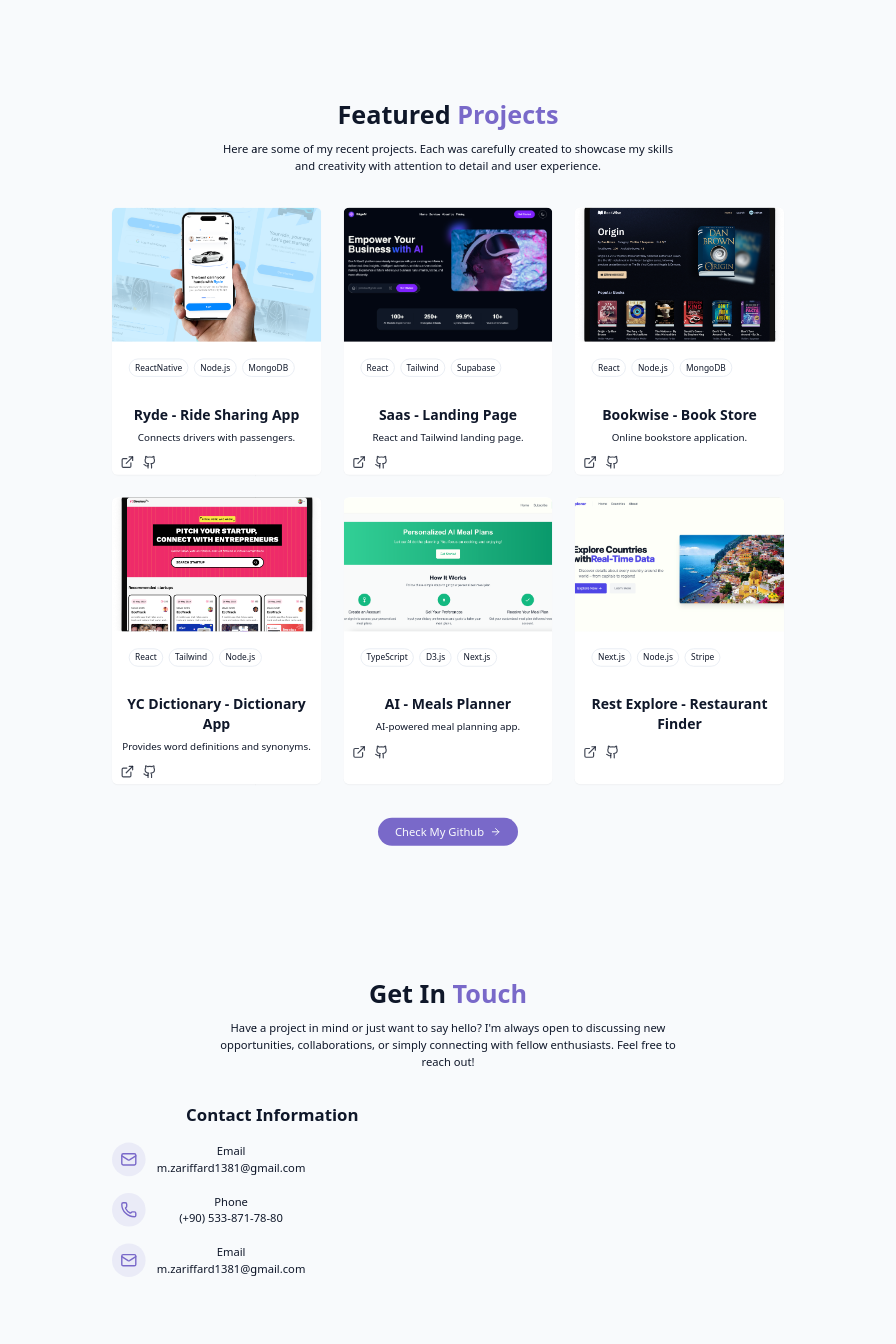
Repository: mOzariffard/Portfolio
Page: /
An editor plug-in stored every save of this project. The page is shown before and after the next save, followed by the edit.
The browser window is 1280 px wide. The pictures show the part of the page from y = 3936 to 5856 px (the page is 5856 px tall before and 5784 px after), at 70% of full size.
The project was rebuilt for these pictures with package versions that can differ from the ones it lists, and the page was loaded fresh each time. Also part of the build but not shown: vite.config.js, src/pages/NotFound.jsx.

Above is the page before, as saved 2025-07-01 12:29:14.

### src/App.jsx
import  Home from "./pages/Home"
import { BrowserRouter, Route, Routes } from "react-router-dom"
import NotFound from "./pages/NotFound"


function App() {

  return (
    <>
    <BrowserRouter>
    <Routes>
      <Route index element={<Home />} />
      <Route path="*" element={<NotFound />} />
    </Routes>
    </BrowserRouter>
    </>
  )
}

export default App

### src/pages/Home.jsx
import React from 'react'
import ThemeToggle from '@/components/ThemeToggle'
import StartBackground from '@/components/StartBackground'
import Navbar from '@/components/Navbar'
import HeroSection from '@/components/HeroSection'
import AboutSection from '@/components/AboutSection'
import SkillsSection from '@/components/SkillsSection'
import ProjectSection from '@/components/ProjectSection'
import CertificateSection from '../components/CertificateSection'
import ContactSection from '../components/ContactSection'

const Home = () => {
  return (
    <div className='min-h-screen bg-background text-foreground overflow-x-hidden'>
        {/*----------------Theme Toggle----------------*/}
        <ThemeToggle />
        {/*----------------Background Effects----------------*/}
        <StartBackground/>
        {/*----------------Nav Bar----------------*/}
        <Navbar/>
        {/*----------------Main Content----------------*/}
        <main>
        <HeroSection />
        <AboutSection />
        <SkillsSection />
        <CertificateSection />
        <ProjectSection />
        <ContactSection />
        </main>
        {/*----------------Footer----------------*/}


    </div>
  )
}

export default Home

### src/components/ThemeToggle.jsx
import React, { useEffect, useState } from 'react'
import { Sun, Moon } from 'lucide-react'
import { cn } from '@/lib/utils';
const ThemeToggle = () => {
    const [isDarkMode, setIsDarkMode]= useState(false);

    useEffect(()=>{
        const storedTheme= localStorage.getItem('theme');
        if(storedTheme=== 'dark'){
            setIsDarkMode(true);
            document.documentElement.classList.add('dark');
        }else{
            localStorage.setItem('theme', 'light');
            setIsDarkMode(false);
        }
    },[])
    const toggleTheme=()=>{
        if(isDarkMode){
            document.documentElement.classList.remove('dark');
            localStorage.setItem('theme', 'light');
            setIsDarkMode(false);
        }else{
            document.documentElement.classList.add('dark');
            localStorage.setItem('theme', 'dark');
            setIsDarkMode(true);
        }
    }
  return (
    <button onClick={toggleTheme} className={cn(
        "fixed max-sm:hidden top-5 right-5 z-50 p-2 rounded-full transition-colors duration-300",
        "focus:outline-hidden")}>
        {isDarkMode ? <Sun className='h-6 w-6 text-yellow-300'/> : <Moon className='h-6 w-6 text-blue-900' />}
    </button>
  )
}

export default ThemeToggle

### src/components/StartBackground.jsx
import React, { useEffect, useState } from 'react'

// START has
// ID , SIZE , X , Y , OPACITY , ANIMATION DURATION
// METEOR has
// ID , SIZE , X , Y , DELAY , DURATION

const StartBackground = () => {
    const [stars,setStars]=useState([]);
    const [meteors,setMeteors]=useState([]);

    useEffect(()=>{
        generateStars();
        generateMeteors();

        const handleResize = ()=>{
            generateStars();
        };

        window.addEventListener('resize', handleResize);

        return ()=> window.removeEventListener('resize', handleResize);

    },[])

    const generateStars = () =>{
        const numbersOfStars = Math.floor(window.innerWidth * window.innerHeight /10000);

        const newStars=[];

        for(let i=0; i<numbersOfStars; i++){
            newStars.push({
                id: i,
                size: Math.random()* 3 + 1,
                x: Math.random()*100 ,
                y:  Math.random()*100,
                opacity: Math.random()*0.5 +0.5 ,
                animationDuration: Math.random()*4+2 ,
            });
        }

        setStars(newStars);
    };

    const generateMeteors = () =>{
        const numbersOfMeteors = 4;

        const newMeteors=[];

        for(let i=0; i<numbersOfMeteors; i++){
            newMeteors.push({
                id: i,
                size: Math.random()* 2 + 1,
                x: Math.random()* 100 ,
                y:  Math.random()* 20,
                delay: Math.random()* 15 ,
                animationDuration: Math.random()*3+3 ,
            });
        }

        setMeteors(newMeteors);
    };


  return (
    <div className='fixed inset-0 overflow-hidden pointer-events-none z-0 '>
        {stars.map((star)=>(
            <div
            key={star.id}
                className='star animate-pluse-subtle' style={{
                width:`${star.size}px` ,
                height: `${star.size}px`,
                left: `${star.x}%`,
                top: `${star.y}%`,
                opacity:`${star.opacity}` ,
                animationDuration: `${star.animationDuration}s`
            }} />
        ))}

        {meteors.map((meteor)=>(
            <div
            className='meteor animate-meteor'
            key={meteor.id}
            style={{
                width: `${meteor.size* 50}px`,
                height: `${meteor.size * 2}px`,
                left: `${meteor.x}%`,
                top: `${meteor.y}%`,
                animationDelay: `${meteor.delay}`,
                animationDuration: `${meteor.duration}s`
            }}
            />
        ))}
    </div>
  )
}

export default StartBackground

### src/components/Navbar.jsx
import React, { useState, useEffect } from 'react';
import { cn } from '@/lib/utils';
import { X , Menu } from 'lucide-react';

const navItems = [
    { name: 'Home', href: '#hero' },
    { name: 'About', href: '#about' },
    { name: 'Contact', href: '#contact' },
    { name: 'Certificates', href: '#certificates' },
    { name: 'Skills', href: '#skills' },
    { name: 'Projects', href: '#projects' },
];

const Navbar = () => {
    const [isScrolled, setIsScrolled] = useState(false);
    const [isMenuOpen, setIsMenuOpen] = useState(false);

    useEffect(() => {
        const handleScroll = () => {
            setIsScrolled(window.scrollY > 10);
        };

        window.addEventListener('scroll', handleScroll);

        return () => window.removeEventListener('scroll', handleScroll);
    }, []);

    return (
        <nav
            className={cn(
                'fixed w-full z-40 transition-all duration-300',
                isScrolled ? 'py-3 bg-background/80 backdrop-blur-md shadow-xs' : 'py-6'
            )}
        >
            <div className="container flex items-center justify-between">
                <a href="#hero" className="text-xl font-bold text-primary flex items-center">
                    <span className="relative z-10">
                        <span className="text-glow text-foreground">mOzariffard</span> Portfolio
                    </span>
                </a>

                {/* DESKTOP NAV */}
                <div className="hidden md:flex space-x-6">
                    {navItems.map((item, key) => (
                        <a
                            key={key}
                            href={item.href}
                            className="text-foreground/80 hover:text-primary transition-colors duration-300"
                        >
                            {item.name}
                        </a>
                    ))}
                </div>

                {/* MOBILE NAV */}
                <button onClick={() => setIsMenuOpen((prev)=> !prev)}
                className='md:hidden p-2 text-foreground z-50'
                aria-label={!isMenuOpen ? 'Close Menu': 'Open Menu'}
                >
                {isMenuOpen ? <X size={24} /> : <Menu size={24} />}
                </button>

                <div
                    className={cn(
                        'fixed inset-0 bg-background/90 backdrop-blur-md z-40 flex flex-col items-center justify-center',
                        'transition-all duration-300 md:hidden',
                        isMenuOpen ? 'opacity-100 pointer-events-auto' : 'opacity-0 pointer-events-none'
                    )}
                >
                    <div className="flex flex-col space-y-8 text-xl">
                        {navItems.map((item, key) => (
                            <a
                                key={key}
                                href={item.href}
                                className="text-foreground/80 hover:text-primary transition-colors duration-300"
                                onClick={() => setIsMenuOpen(false)}
                            >
                                {item.name}
                            </a>
                        ))}
                    </div>
                </div>
            </div>
        </nav>
    );
};

export default Navbar;

### src/components/HeroSection.jsx
import { ArrowDown } from 'lucide-react'
import React from 'react'

const HeroSection = () => {
  return (
    <section id='hero' className='relative min-h-screen flex flex-col items-center justify-center px-4'>
        <div className='container max-w-4xl mx-auto text-center z-10'>
            <div className='space-y-6'>
                <h1 className='text-4xl md:text-6xl font-bold tracking-tight'>
                <span className='opacity-0 animate-fade-in' >Hi, I'm</span>
                <span className='text-primary opacity-0 animate-fade-in-delay-1'> Reza</span>
                <span className='text-gradient ml-2 opacity-0 animate-fade-in-delay-2'> Zariffard</span>
                </h1>
                <p className='text-lg md:text-xl text-muted-foreground max-2-2xl mx-auto opacity-0 animate-fade-in-delay-3'>
                    I create steller web experiences with modern technologies.
                    Specializing in front-end development, I build intesfacet
                    that are both beautiful and functional.
                </p>
                <div className='pt-4 opacity-0 animate-fade-in-delay-4'>
                    <a href="#projects" className='cosmic-button'> View My Work</a>
                </div>
            </div>
        </div>

        <div className='absolute bottom-8 left-1/2 transform -translate-x-1/2 flex flex-col items-center animate-bounce'>
        <span className='text-sm text-muted-forgeround mb-2'> Scroll</span>
        <ArrowDown className='h-5 w-5 text-primary'/>
        </div>
    </section>
  )
}

export default HeroSection

### src/components/SkillsSection.jsx
import React, { useState, useEffect } from 'react'
import {cn} from '@/lib/utils';
import CountUp from 'react-countup';

const skills = [
  // Frontend Skills
  {name: 'HTML/CSS', level: 95, category: 'frontend'},
  {name: 'JavaScript', level: 95, category: 'frontend'},
  {name: 'React', level: 80, category: 'frontend'},
  {name: 'TypeScript', level: 78, category: 'frontend'},
  {name: 'Tailwind CSS', level: 90, category: 'frontend'},
  {name: 'Next.js', level: 70, category: 'frontend'},
  {name: 'Redux', level: 60, category: 'frontend'},
  // Backend Skills
  {name: 'Node.js', level: 78, category: 'backend'},
  {name: 'Express', level: 70, category: 'backend'},
  {name: 'MongoDB', level: 67, category: 'backend'},
  {name: 'GraphQL', level: 65, category: 'backend'},
  {name: 'PostgreSQL', level: 60, category: 'backend'},
  // Tools Skills
  {name: 'Git/Github', level: 90, category: 'tools'},
  {name: 'Docker', level: 60, category: 'tools'},
  {name: 'Figma', level: 85, category: 'tools'},
  {name: 'VS Code', level: 95, category: 'tools'},
];

const categories = ['all', 'frontend', 'backend', 'tools'];

// Individual Skill Item Component
const SkillItem = ({ skill, index, isVisible }) => {
  const [animatedWidth, setAnimatedWidth] = useState(0);

  useEffect(() => {
    if (isVisible) {
      // Small delay for staggered animation
      const timer = setTimeout(() => {
        setAnimatedWidth(skill.level);
      }, index * 100);

      return () => clearTimeout(timer);
    } else {
      setAnimatedWidth(0);
    }
  }, [isVisible, skill.level, index]);

  return (
    <div className='bg-card p-6 rounded-lg shadow-xs card-hover'>
      <div className='text-left mb-4'>
        <h3 className='font-semibold text-lg'>{skill.name}</h3>
      </div>

      {/* SKILLS PROGRESS BAR */}
      <div className='w-full bg-secondary/50 h-2 rounded-full overflow-hidden'>
        <div
          className='bg-primary h-2 rounded-full origin-left transition-all duration-2000 ease-out'
          style={{
            width: `${animatedWidth}%`,
            transitionDelay: `${index * 100}ms`
          }}
        />
      </div>

      <div className='text-right mt-1'>
        <span className='text-sm font-semibold text-muted-foreground'>
          {isVisible ? (
            <CountUp
              end={skill.level}
              duration={2.5}
              delay={index * 0.1}
            />
          ) : 0}%
        </span>
      </div>
    </div>
  );
};

const SkillsSection = () => {
  const [activeCategory, setActiveCategory] = useState('all');
  const [isVisible, setIsVisible] = useState(false);

  const filteredSkills = skills.filter((skill) =>
    activeCategory === 'all' || skill.category === activeCategory
  );

  useEffect(() => {
    // Trigger animation when component mounts or category changes
    setIsVisible(false);
    const timer = setTimeout(() => {
      setIsVisible(true);
    }, 100);

    return () => clearTimeout(timer);
  }, [activeCategory]);

  return (
    <section id='skills' className='py-24 px-4 relative bg-secondary/30'>
      {/* CONTAINER OF SKILLS */}
      <div className='container mx-auto max-w-5xl'>
        <h2 className='text-3xl md:text-4xl font-bold mb-12 text-center'>
          My <span className='text-primary'> Skills </span>
        </h2>

        {/* CATEGORIES OF SKILLS */}
        <div className='flex flex-wrap justify-center gap-4 mb-12'>
          {categories.map((category, index) => (
            <button
              key={index}
              onClick={() => setActiveCategory(category)}
              className={cn(
                'px-5 py-2 rounded-full transition-colors duration-300 capitalize',
                activeCategory === category
                  ? 'bg-primary text-primary-foreground'
                  : 'bg-secondary/70 text-foreground hover:bg-secondary'
              )}
            >
              {category}
            </button>
          ))}
        </div>

        {/* ITEMS OF SKILLS */}
        <div className='grid grid-cols-1 sm:grid-cols-2 lg:grid-cols-3 gap-6'>
          {filteredSkills.map((skill, index) => (
            <SkillItem
              key={`${skill.name}-${activeCategory}`}
              skill={skill}
              index={index}
              isVisible={isVisible}
            />
          ))}
        </div>
      </div>
    </section>
  )
}

export default SkillsSection

### src/components/CertificateSection.jsx
import React from 'react'

const certificates=[
  {
    id: 1,
    title: 'JavaScript: The Hard Parts, v2',
    description: 'Certified in full and more detail of JavaScript.',
    url: 'https://static.frontendmasters.com/ud/c/e0f3185036/fjjCYVxYTO/javascript-hard-parts-v2.pdf',
    issuedBy: 'Frontend Masters',
    dateIssued: '2023 Jan 30'
  },

  {

    id: 2,
    title: 'Deep JavaScript Foundations, v3',
    description: 'Certified in full and more detail of JavaScript, and functions of JavaScript .',
    url: 'https://static.frontendmasters.com/ud/c/e0f3185036/OnFYbrRoyf/deep-javascript-v3.pdf',
    issuedBy: 'Frontend Masters',
    dateIssued: 'Feb 10, 2025'
  },

  {
    id: 3,
    title: 'Everything You Will Need to Know About Git and GitHub',
    description: 'Certified in full about Git and Github.',
    url: 'https://static.frontendmasters.com/ud/c/e0f3185036/tNgMJoASup/everything-git.pdf',
    issuedBy: 'Frontend Masters',
    dateIssued: 'Feb 25, 2025'
  },

  {
    id: 4,
    title: 'Complete Intro to React, v9',
    description: 'Certified in full about React.',
    url: 'https://static.frontendmasters.com/ud/c/e0f3185036/hixpadIGiV/complete-react-v9.pdf',
    issuedBy: 'Frontend Masters',
    dateIssued: 'Feb 22, 2025'
  },

  {
    id: 5,
    title: 'Vanilla JS: You Might Not Need a Framework',
    description: 'Certified in full about Vanilla.js.',
    url: 'https://static.frontendmasters.com/ud/c/e0f3185036/wQwRoiyplO/vanilla-js-apps.pdf',
    issuedBy: 'Frontend Masters',
    dateIssued: ' Mar 1, 2025'
  },

  {
    id: 6,
    title: 'Ultimate CSS Grid & Layout Techniques, v3',
    description: 'Certified in full about CSS Grid and Layout Techniques.',
    url: 'https://static.frontendmasters.com/ud/c/e0f3185036/rZsEMefivz/css-grid.pdf',
    issuedBy: 'Frontend Masters',
    dateIssued: 'Mar 5, 2025'
  },

  {
    id: 7,
    title: 'Full Stack for Front-End Engineers, v3',
    description: 'Certified in full of the all part of Front-End Engineers .',
    url: 'https://static.frontendmasters.com/ud/c/e0f3185036/pApqiQbIWA/fullstack-v3.pdf',
    issuedBy: 'Frontend Masters',
    dateIssued: 'Mar 17, 2025'
  },

  {
    id: 8,
    title: 'Advanced Web Development Quiz',
    description: 'Certified in full about Advanced Web Development.',
    url: 'https://static.frontendmasters.com/ud/c/e0f3185036/jAQKBnHoVn/web-dev-quiz.pdf',
    issuedBy: 'Frontend Masters',
    dateIssued: 'Feb 25, 2025'
  }
]



const CertificateSection = () => {
  return (
   <section id='certificates' className='py-24 px-4 sm:px-6 lg:px-8 bg-secondary/30'>
    <div className='container mx-auto max-w-5xl'>
      <h2 className='text-3xl md:text-4xl font-bold mb-12 text-center'>
        My <span className='text-primary'> Certificates </span>
      </h2>
      {/* BOX OF CERTIFICATE */}

      <div className='grid sm:grid-cols-1 md:grid-cols-2 ls: grid-cols-3 gap-8'>
          {certificates.map((certificate , index)=>(
            <div className='group bg-card rounded-lg overflow-hidden shadow-xs card-hover'>
            <div className='h-50 overflow-hidden'>
              <h1 className='text-2xl font-bold text-center mb-4 p-4 bg-secondary/50 text-secondary-foreground'>
                {certificate.title}
              </h1>

              <div className='flex flex-col items-center justify-center ga-3'>
                <a href={certificate.url} target='_blank' className=' certificate-btn font-semibold'>
                  View My Certificate
                </a>
              </div>

             </div>
            </div>

          ))}
      </div>

    </div>
   </section>
  )
}

export default CertificateSection

### src/components/ContactSection.jsx
import { Mail, Phone } from 'lucide-react'
import React from 'react'

const ContactSection = () => {
  return (
    <section id='contact' className='py-24 px-4 relative bg-scondary/30'>
        {/* CONTACT HEADER */}
        <div className='container mx-auto max-w-5xl '>
         <h2 className='text-3xl md:text-4xl font-bold mb-4 text-center'>
            Get In <span className='text-primary'> Touch</span>
         </h2>

         <p className='text-center text-muted-foreground mb-12 max-w-2xl mx-auto'>
            Have a project in mind or just want to say hello?
            I'm always open to discussing new opportunities,
            collaborations, or simply connecting with fellow
            enthusiasts. Feel free to reach out!
         </p>

         {/*  CONTACT ITEMS */}
         <div className='grid grid-cols-1 md:grid-cols-2 gap-11 justify-center items-c'>
            <div className='space-y-8'>
                <h3 className='text-2xl font-semibold mb-6 items-start'> Contact Information </h3>

                <div className='space-y-6 justify-center'>
                    <div className='flex items-start space-x-4'>
                        <div className='p-3 rounded-full bg-primary/10'>
                        <Mail className='w-6 h-6 text-primary' />
                        </div>
                        <div className=' flex flex-col justify-center items-center'>
                            <h4 className='font-medium'> Email </h4>
                            <a href="mailto:m.zariffard1381@gmail.com" className='text-muted-foreground hover:text-primary transition-colors'>
                            m.zariffard1381@gmail.com
                            </a>
                        </div>
                    </div>

                    <div className='flex items-start space-x-4'>
                        <div className='p-3 rounded-full bg-primary/10'>
                        <Phone className='w-6 h-6 text-primary' />
                        </div>
                        <div className='flex flex-col justify-center ml-8 items-center'>
                            <h4 className='font-medium'> Phone </h4>
                            <a href="tel:+905338716780" className='text-muted-foreground hover:text-primary transition-colors'>
                            (+90) 533-871-78-80
                            </a>
                        </div>
                    </div>


                    <div className='flex items-start space-x-4'>
                        <div className='p-3 rounded-full bg-primary/10'>
                        <Mail className='w-6 h-6 text-primary' />
                        </div>
                        <div className='flex flex-col justify-center items-center'>
                            <h4 className='font-medium'> Email </h4>
                            <a href="mailto:m.zariffard1381@gmail.com" className='text-muted-foreground hover:text-primary transition-colors'>
                            m.zariffard1381@gmail.com
                            </a>
                        </div>
                    </div>

                </div>
            </div>
         </div>
        </div>

    </section>
  )
}

export default ContactSection

Loaded but not shown: index.html (common file); src/main.jsx (common file); src/lib/utils.js (8 lines, source omitted); src/components/ProjectSection.jsx (166 lines, source omitted); src/components/AboutSection.jsx (128 lines, source omitted); src/index.css (219 lines, source omitted)

After the next save:
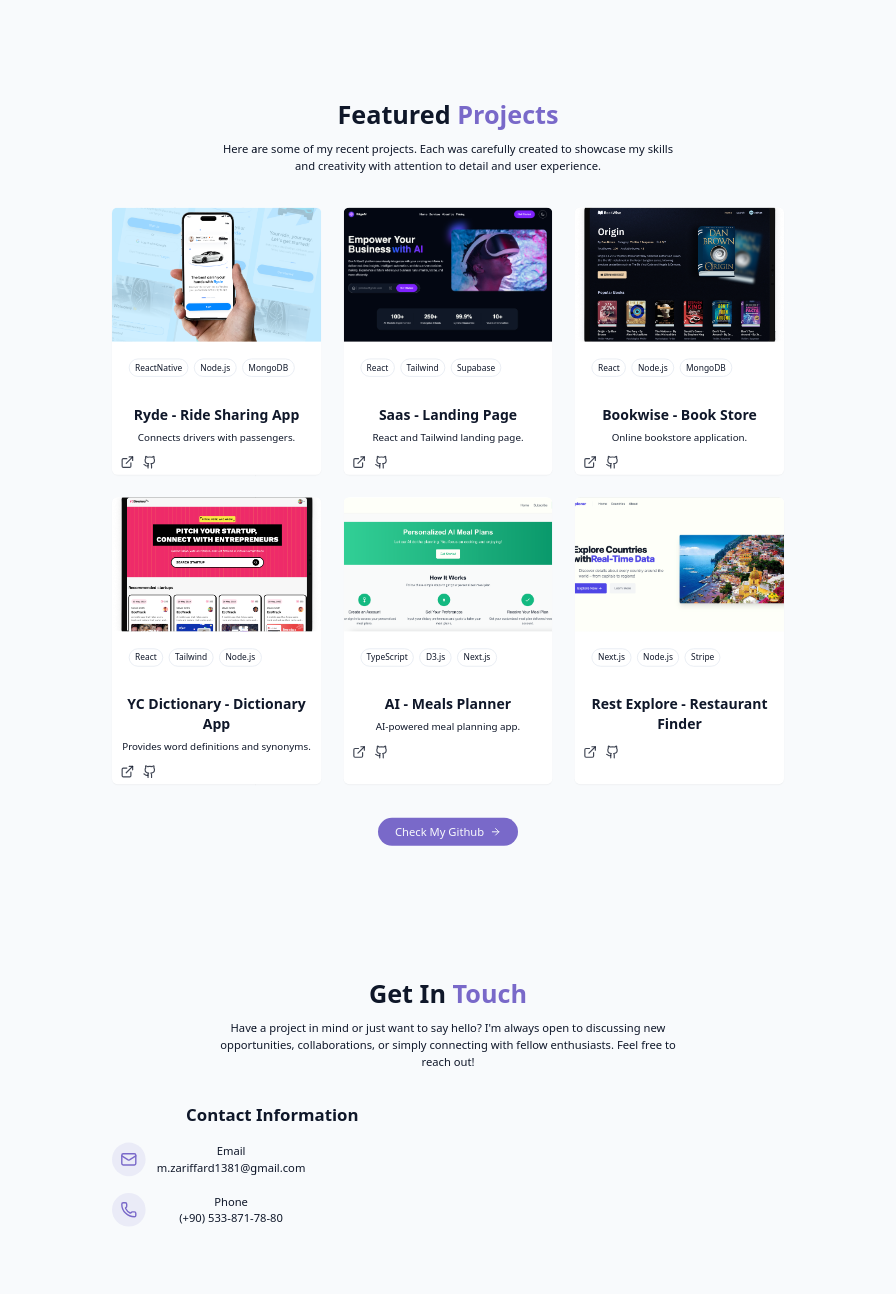
Saved 59 s later.
--- a/src/components/ContactSection.jsx
+++ b/src/components/ContactSection.jsx
@@ -47,20 +47,7 @@ const ContactSection = () => {
                         </div>
                     </div>
 
-
-                    <div className='flex items-start space-x-4'>
-                        <div className='p-3 rounded-full bg-primary/10'>
-                        <Mail className='w-6 h-6 text-primary' />
-                        </div>
-                        <div className='flex flex-col justify-center items-center'>
-                            <h4 className='font-medium'> Email </h4>
-                            <a href="mailto:m.zariffard1381@gmail.com" className='text-muted-foreground hover:text-primary transition-colors'>
-                            m.zariffard1381@gmail.com
-                            </a>
-                        </div>
-                    </div>
-
-                </div>
+                 </div>
             </div>
          </div>
         </div>
